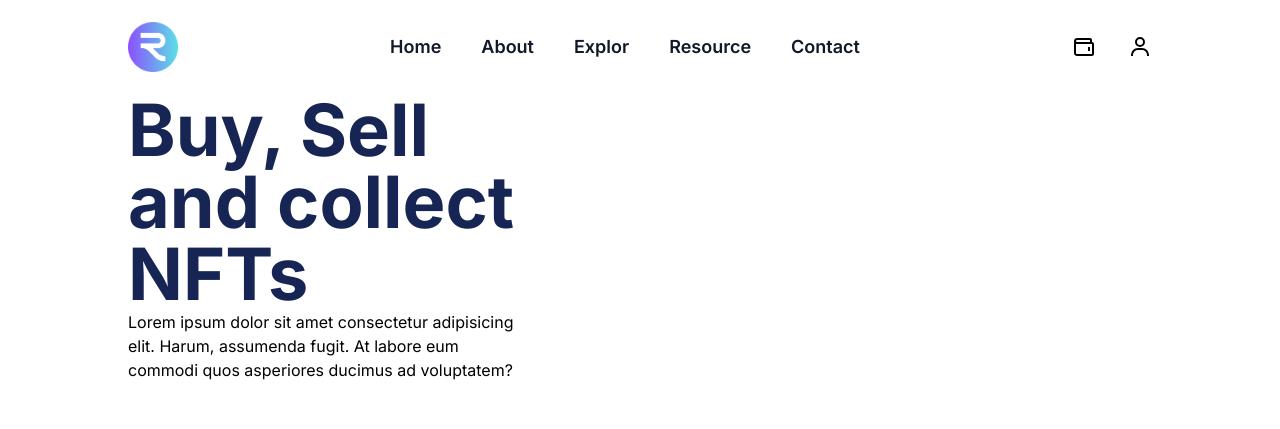
Repository: longblue2910/rimdasilva-ui
Page: /
These files come from the project's save history. The page is drawn as it stood at one moment and after a run of saves; the edit follows.
The browser window is 1280 px wide. The pictures show the whole page.
The project was rebuilt for these pictures with package versions that can differ from the ones it lists, and the page was loaded fresh each time. The framework's server and built-in components were replaced by stand-ins that run in the browser. Also part of the build but not shown: next.config.mjs.

Above is the page before, as saved 2024-08-09 16:23:09.

After the next 4 saves:
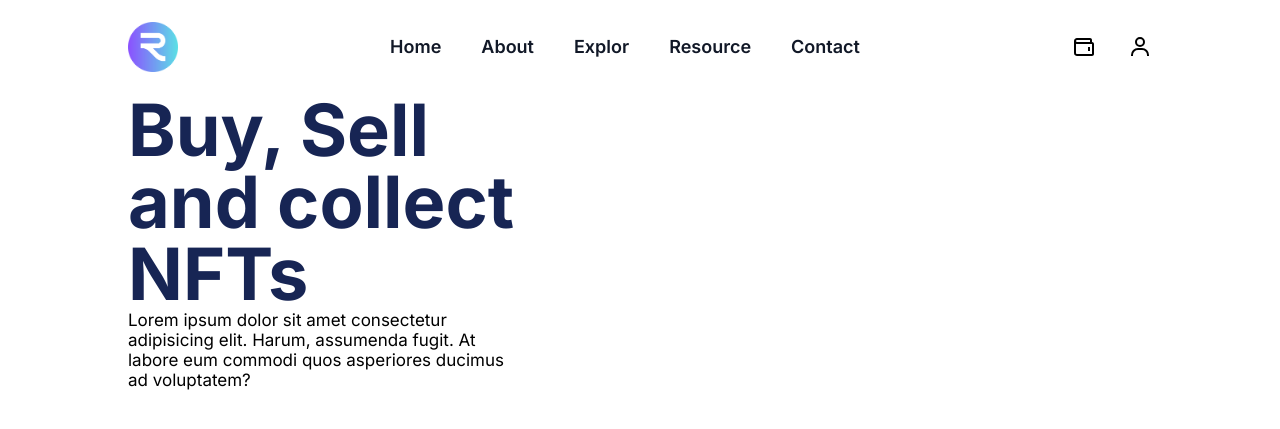
The 4 saves are shown as one change because they came seconds apart.
The last was saved 24 s later.
--- a/components/Home/Hero/Hero.tsx
+++ b/components/Home/Hero/Hero.tsx
@@ -9,7 +9,7 @@ const Hero = () => {
           <h1 className="text-2xl sm:text-4xl lg:text-5xl xl:text-7xl text-blue-950 font-bold">
             Buy, Sell and collect NFTs
           </h1>
-          <p>
+          <p className="text-sm md:text-[17px]">
             Lorem ipsum dolor sit amet consectetur adipisicing elit. Harum,
             assumenda fugit. At labore eum commodi quos asperiores ducimus ad
             voluptatem?
